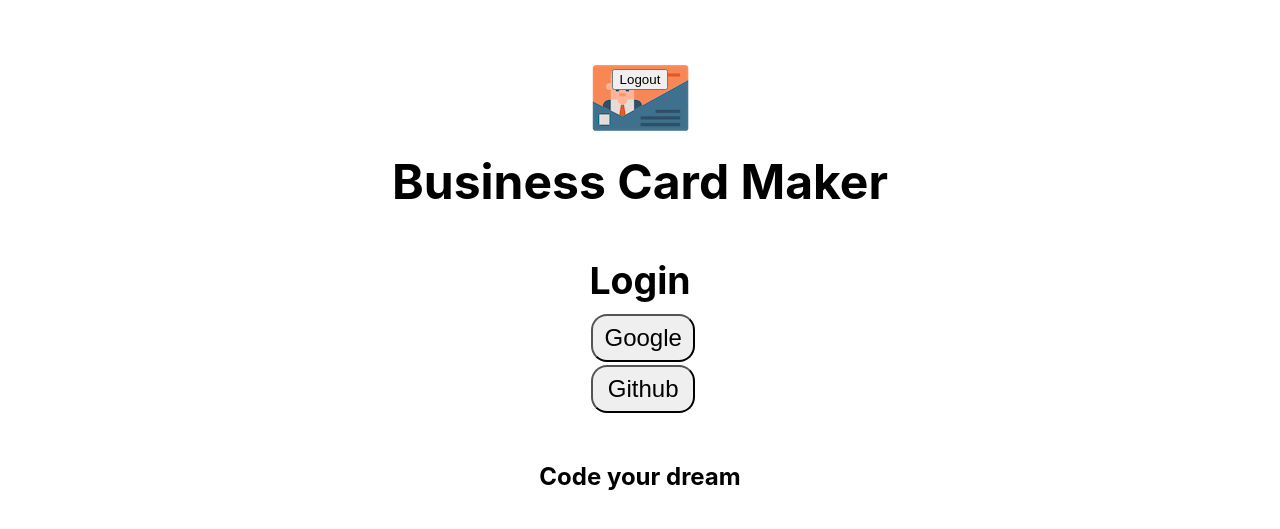
Repository: gomgomigom/firebase_practice_card_maker
Page: /
These files come from the project's save history. The page is drawn as it stood at one moment and after the next save; the edit follows.
The browser window is 1280 px wide. The pictures show the whole page.
The page's requests for data from a server got no answer. The project was rebuilt for these pictures with package versions that can differ from the ones it lists, and the page was loaded fresh each time. No one was signed in, and anything a server would have sent is missing.

Above is the page before, as saved 2022-01-21 14:11:38.

### public/index.html
<!DOCTYPE html>
<html lang="en">
  <head>
    <meta charset="utf-8" />
    <link rel="icon" href="./images/logo.png" />
    <meta name="viewport" content="width=device-width, initial-scale=1" />
    <meta name="theme-color" content="#000000" />
    <meta
      name="description"
      content="Web site created using create-react-app"
    />
    <title>Card-Maker</title>
  </head>
  <body>
    <noscript>You need to enable JavaScript to run this app.</noscript>
    <div id="root"></div>
  </body>
</html>

### src/index.js
import React from 'react';
import ReactDOM from 'react-dom';
import './index.module.css';
import App from './app';
import AuthService from './service/auth_service';

const authService = new AuthService();
ReactDOM.render(
  <React.StrictMode>
    <App authService={authService} />
  </React.StrictMode>,
  document.getElementById('root')
);

### src/app.js
import './app.css';
import Login from './components/login/login';

function App({ authService }) {
  return (
    <h1>
      <Login authService={authService} />
    </h1>
  );
}

export default App;

### src/service/auth_service.js
import firebase from 'firebase';
import firebaseApp from './firebase';

class AuthService {
  login(providerName) {
    const authProvider = new firebase.auth[`${providerName}AuthProvider`]();
    return firebaseApp.auth().signInWithPopup(authProvider);
  }
}
export default AuthService;

### src/components/login/login.jsx
import React from 'react';
import Footer from '../footer/footer';
import Header from '../header/header';
import styles from './login.module.css';

const Login = ({ authService }) => {
  const onLogin = (event) => {
    authService //
      .login(event.currentTarget.textContent)
      .then(console.log);
  };

  return (
    <section className={styles.login}>
      <Header />
      <section className={styles.loginList}>
        <h1 className={styles.title}>Login</h1>
        <ul>
          <li>
            <button className={styles.button} onClick={onLogin}>
              Google
            </button>
          </li>
          <li>
            <button className={styles.button} onClick={onLogin}>
              Github
            </button>
          </li>
        </ul>
      </section>
      <Footer />
    </section>
  );
};

export default Login;

### src/service/firebase.js
import firebase from 'firebase';

const firebaseConfig = {
  apiKey: process.env.REACT_APP_FIREBASE_API_KEY,
  authDomain: process.env.REACT_APP_FIREBASE_AUTH_DOMAIN,
  projectId: process.env.REACT_APP_FIREBASE_PROJECT_ID,
  storageBucket: process.env.REACT_APP_FIREBASE_STORAGE_BUCKET,
};

const firebaseApp = firebase.initializeApp(firebaseConfig);

export default firebaseApp;

### src/components/footer/footer.jsx
import React from 'react';
import styles from './footer.module.css';

const Footer = (props) => {
  return (
    <footer className={styles.footer}>
      <h1 className={styles.title}>Code your dream</h1>
    </footer>
  );
};
export default Footer;

### src/components/header/header.jsx
import React from 'react';
import styles from './header.module.css';

const Header = ({ onLogout }) => {
  return (
    <header className={styles.header}>
      {true && (
        <button className={styles.logout} onClick={onLogout}>
          Logout
        </button>
      )}
      <img className={styles.logo} src='/images/logo.png' alt='logo' />
      <h1 className={styles.title}>Business Card Maker</h1>
    </header>
  );
};

export default Header;

### src/components/login/login.module.css
@value makerGrey from '../../common/colors.css';
@value makerWhite from '../../common/colors.css';
@value makerGreen from '../../common/colors.css';

.login {
  display: flex;
  flex-direction: column;
  align-items: center;
  justify-content: center;
  background-color: makerGrey;
  padding: 2rem;
}

.loginList {
  width: 40rem;
  height: 14rem;
  flex-direction: column;
  display: flex;
  align-items: center;
  justify-content: center;
  background-color: makerWhite;
}

li {
  list-style: none;
  display: block;
}

ul {
  margin: 0;
  padding: 0;
}

.title {
  margin: 0.5rem;
}

.button {
  display: block;
  border: 2px solid makerGreen;
  border-radius: 1rem;
  width: 100%;
  font-size: 1.5rem;
  padding: 0.5rem;
  margin: 0.2rem;
  cursor: pointer;
}

### src/components/footer/footer.module.css
@value makerGreen from '../../common/colors.css';
@value makerWhite from '../../common/colors.css';

.footer {
  height: 4rem;
  width: 40rem;
  display: flex;
  align-items: center;
  justify-content: center;
  background-color: makerGreen;
}

.title {
  font-size: 1.5rem;
  color: makerWhite;
}

### src/components/header/header.module.css
@value makerBlack from '../../common/colors.css';
@value makerGreen from '../../common/colors.css';
@value makerWhite from '../../common/colors.css';
@value makerWheat from '../../common/colors.css';

.header {
  width: 100%;
  display: flex;
  flex-wrap: wrap;
  flex-direction: column;
  justify-content: center;
  align-items: center;
  font-size: 2rem;
  background-color: makerGreen;
  position: relative;
}

.logo {
  margin: 0.6rem;
}

.title {
  color: makerWhite;
  margin: 0.6rem;
}

.logout {
  position: absolute;
  top: 1rem;
}

Loaded but not shown: src/index.module.css (common file); src/app.css (common file)

After the next save:
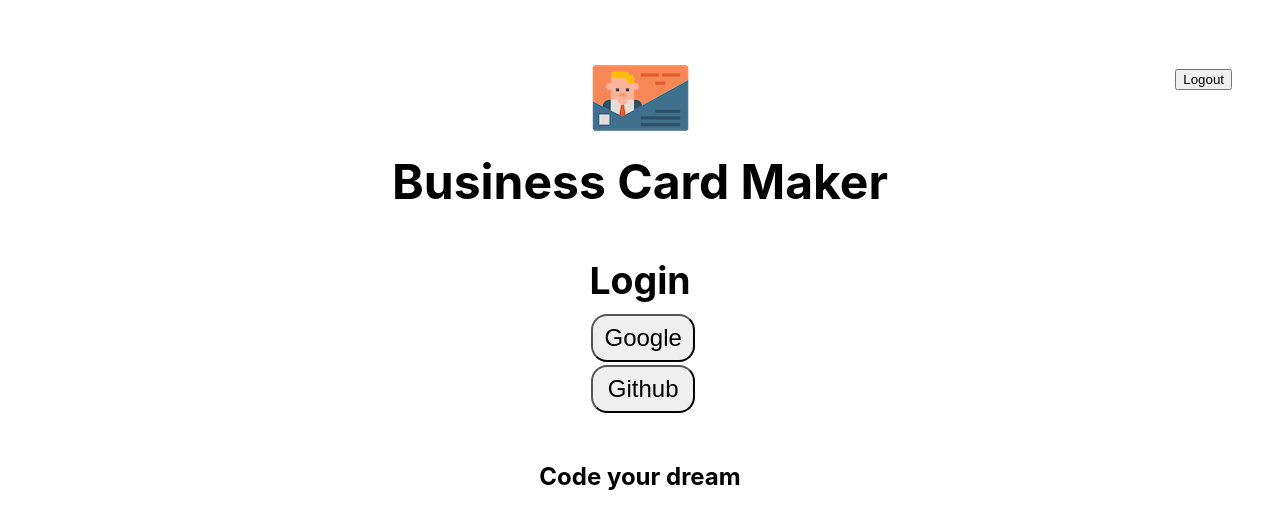
Saved 6 s later.
--- a/src/components/header/header.module.css
+++ b/src/components/header/header.module.css
@@ -27,4 +27,5 @@
 .logout {
   position: absolute;
   top: 1rem;
+  right: 1rem;
 }
